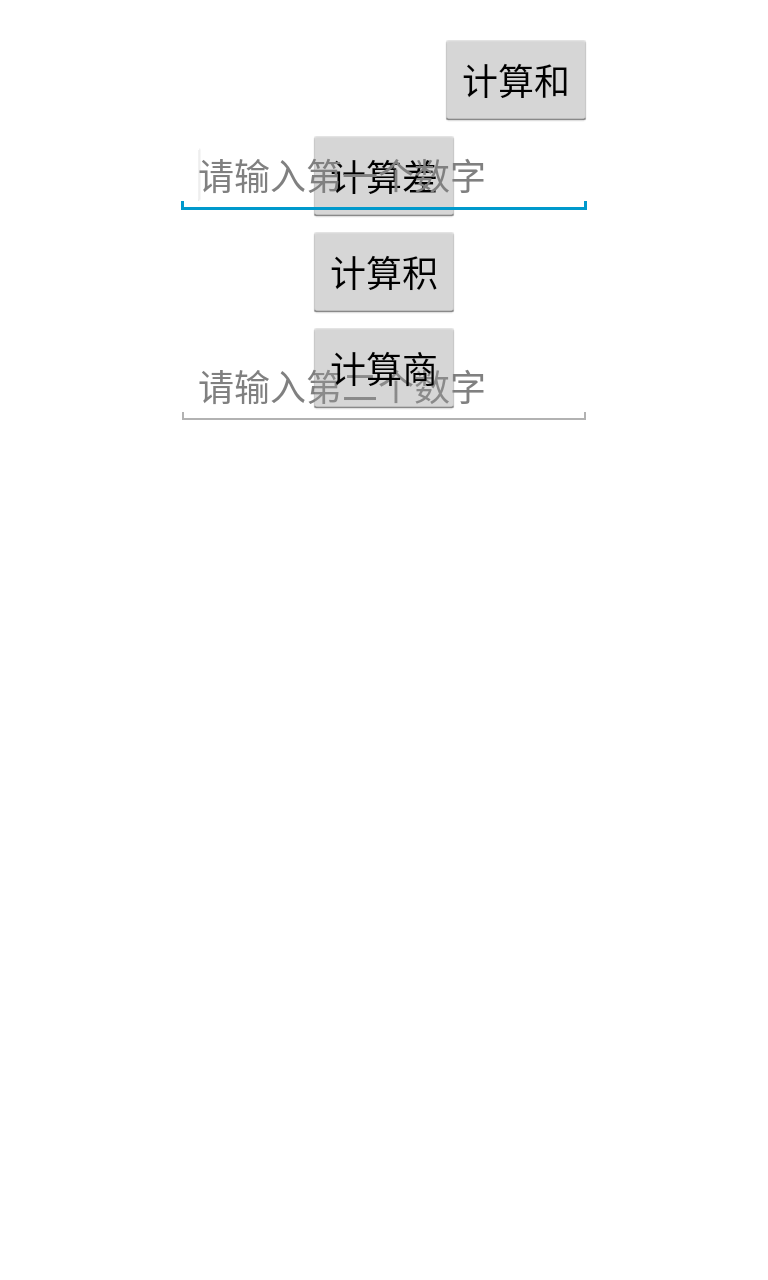
Repository: KungW/windows_learn_java_track
Layout: Caculator/res/layout/activity_main.xml
The author's editor kept a copy of each file at every save. The layout is drawn from the files as they stood at one save, then again after the next save.
It is drawn on a 768 x 1280 px phone screen (xhdpi) without system bars, with theme AppTheme; the app's code is not run.

Above is the layout before, as saved 2016-10-14 07:39:54.

### Caculator/res/layout/activity_main.xml
<RelativeLayout xmlns:android="http://schemas.android.com/apk/res/android"
    xmlns:tools="http://schemas.android.com/tools"
    android:layout_width="match_parent"
    android:layout_height="wrap_content"
    android:paddingBottom="@dimen/activity_vertical_margin"
    android:paddingLeft="@dimen/activity_horizontal_margin"
    android:paddingRight="@dimen/activity_horizontal_margin"
    android:paddingTop="@dimen/activity_vertical_margin"
    tools:context=".MainActivity" >

    <EditText
        android:id="@+id/editText2"
        android:layout_width="wrap_content"
        android:layout_height="wrap_content"
        android:layout_alignLeft="@+id/editText1"
        android:layout_below="@+id/editText1"
        android:layout_marginTop="64dp"
        android:hint="请输入第二个数字"
        android:ems="10" />

    <Button
        android:id="@+id/button1"
        android:layout_width="wrap_content"
        android:layout_height="wrap_content"
        android:layout_alignRight="@+id/editText1"
        android:layout_centerHorizontal="true"
        android:text="计算和" />
    <Button
        android:id="@+id/button2"
        android:layout_width="wrap_content"
        android:layout_height="wrap_content"
        android:layout_below="@id/button1"
        android:layout_centerHorizontal="true"
        android:text="计算差" />
    <Button
        android:id="@+id/button3"
        android:layout_width="wrap_content"
        android:layout_height="wrap_content"
        android:layout_below="@id/button2"
        android:layout_centerHorizontal="true"
        android:text="计算积" />
    <Button
        android:id="@+id/button4"
        android:layout_width="wrap_content"
        android:layout_height="wrap_content"
        android:layout_below="@id/button3"
        android:layout_centerHorizontal="true"
        android:text="计算商" />

    <TextView
        android:id="@+id/textView1"
        android:layout_width="wrap_content"
        android:layout_height="wrap_content"
        android:layout_alignParentLeft="true"
        android:layout_alignParentRight="true"
        android:layout_below="@+id/button1"
        android:layout_marginTop="41dp"
        android:textAppearance="?android:attr/textAppearanceLarge" />

    <EditText
        android:id="@+id/editText1"
        android:layout_width="wrap_content"
        android:layout_height="wrap_content"
        android:layout_alignParentTop="true"
        android:layout_centerHorizontal="true"
        android:layout_marginTop="51dp"
        android:ems="10"
        android:hint="请输入第一个数字" >

        <requestFocus />
    </EditText>

</RelativeLayout>

Loaded but not shown: Caculator/res/values/styles.xml (common file); Caculator/res/values-v11/styles.xml (common file); Caculator/res/values-v14/styles.xml (common file); Caculator/res/values/dimens.xml (common file)

After the next save:
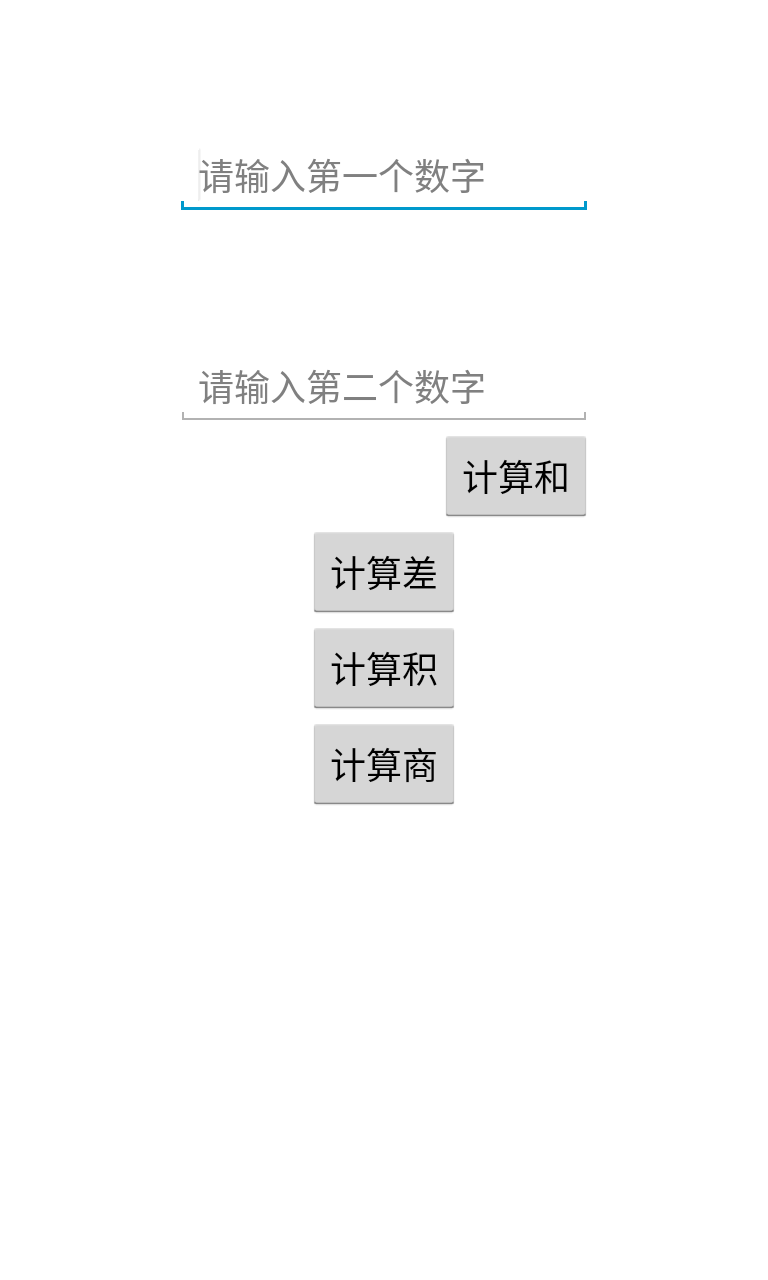
Saved 39 s later.
--- a/Caculator/res/layout/activity_main.xml
+++ b/Caculator/res/layout/activity_main.xml
@@ -22,7 +22,8 @@
         android:id="@+id/button1"
         android:layout_width="wrap_content"
         android:layout_height="wrap_content"
-        android:layout_alignRight="@+id/editText1"
+        android:layout_below="@+id/editText2"
+        android:layout_alignRight="@id/editText2"
         android:layout_centerHorizontal="true"
         android:text="计算和" />
     <Button
